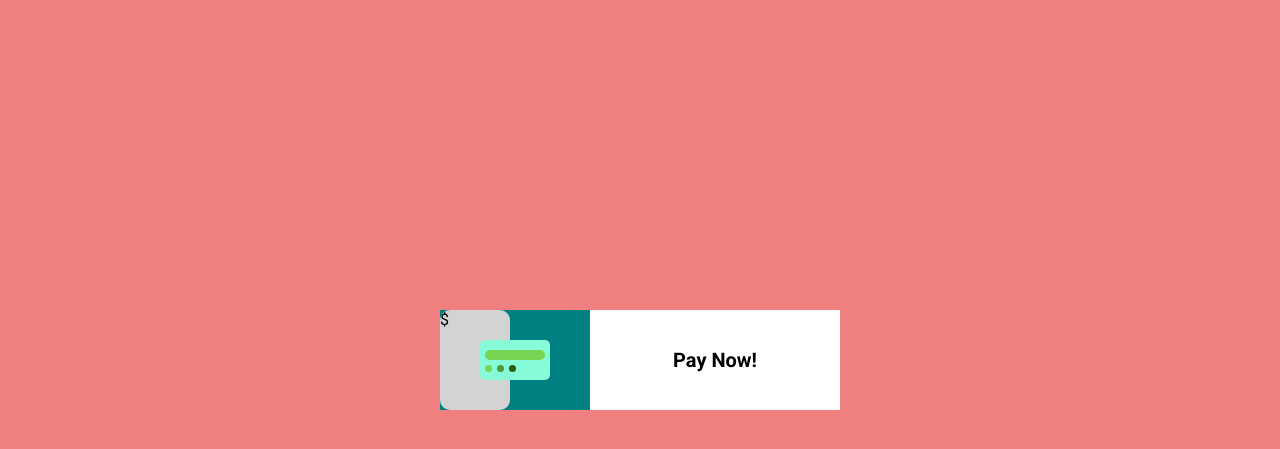
Repository: safak/animation
Page: index.html
These files come from the project's save history. The page is drawn as it stood at one moment and after the next save; the edit follows.
The browser window is 1280 px wide. The pictures show the whole page.

Above is the page before, as saved 2020-12-19 01:00:44.

### index.html
<html lang="en">
  <head>
    <meta charset="UTF-8" />
    <meta name="viewport" content="width=device-width, initial-scale=1.0" />
    <link rel="stylesheet" href="style.css" />
    <link
      rel="stylesheet"
      href="https://cdnjs.cloudflare.com/ajax/libs/font-awesome/5.15.1/css/all.min.css"
      integrity="sha512-+4zCK9k+qNFUR5X+cKL9EIR+ZOhtIloNl9GIKS57V1MyNsYpYcUrUeQc9vNfzsWfV28IaLL3i96P9sdNyeRssA=="
      crossorigin="anonymous"
    />
    <link rel="preconnect" href="https://fonts.gstatic.com" />
    <link
      href="https://fonts.googleapis.com/css2?family=Roboto:wght@100;300;400;500;700;900&display=swap"
      rel="stylesheet"
    />
    <title>Document</title>
  </head>
  <body>
    <div class="container">
      <div class="interactive-container">
        <div class="card">
          <div class="card-line"></div>
          <div class="card-circles">
            <div class="card-circle"></div>
            <div class="card-circle"></div>
            <div class="card-circle"></div>
          </div>
        </div>
        <div class="post">
          <div class="post-line"></div>
          <div class="post-screen"><span>$</span></div>
          <div class="post-numbers">
            <div class="post-number"></div>
            <div class="post-number"></div>
            <div class="post-number"></div>
            <div class="post-number"></div>
            <div class="post-number"></div>
            <div class="post-number"></div>
          </div>
        </div>
      </div>
      <div class="text-container">Pay Now!</div>
    </div>
  </body>
</html>

### style.css
* {
  padding: 0px;
  margin: 0px;
}

body {
  display: flex;
  align-items: center;
  justify-content: center;
  min-height: 100vh;
  background: lightcoral;
  font-family: "Roboto", sans-serif;
}

.container {
  width: 400px;
  display: flex;
  align-items: center;
  background-color: white;
  cursor: pointer;
}

.interactive-container {
  width: 150px;
  height: 100px;
  background-color: teal;
  position: relative;
  /* overflow: hidden; */
}

.card {
  width: 70px;
  height: 40px;
  background-color: rgb(135, 250, 215);
  border-radius: 5px;
  position: absolute;
  top: 30px;
  left: 40px;
}

.card-line {
  width: 60px;
  height: 10px;
  background-color: rgb(120, 212, 83);
  border-radius: 5px;
  position: absolute;
  top: 10px;
  left: 5px;
}

.card-circles {
  position: absolute;
  top: 25px;
  left: 5px;
  display: flex;
}

.card-circle {
  width: 7px;
  height: 7px;
  border-radius: 50%;
  margin-right: 5px;
}

.card-circle:nth-child(1) {
  background-color: rgb(120, 212, 83);
}

.card-circle:nth-child(2) {
  background-color: rgb(80, 153, 51);
}

.card-circle:nth-child(3) {
  background-color: rgb(40, 95, 18);
}

.post{
  width: 70px;
  height: 100px;
  border-radius: 10px;
  background-color: lightgray;
}

.text-container {
  width: 250px;
  font-weight: bold;
  font-size: 20px;
  display: flex;
  align-items: center;
  justify-content: center;
}

After the next save:
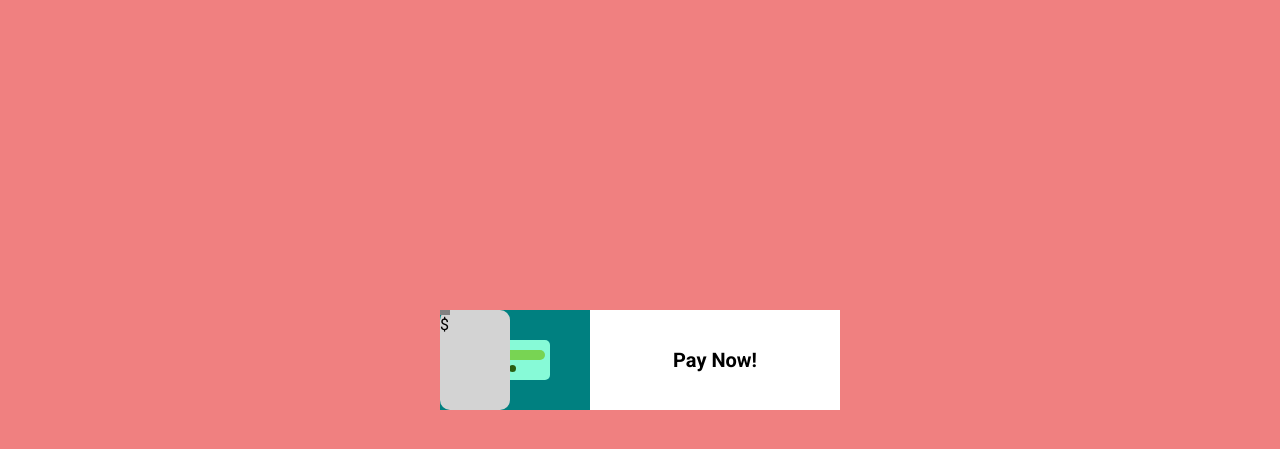
Saved 54 s later.
--- a/style.css
+++ b/style.css
@@ -79,6 +79,13 @@ body {
   height: 100px;
   border-radius: 10px;
   background-color: lightgray;
+  position: relative;
+}
+
+.post-line{
+  width: 10px;
+  height: 5px;
+  background-color: gray;
 }
 
 .text-container {
